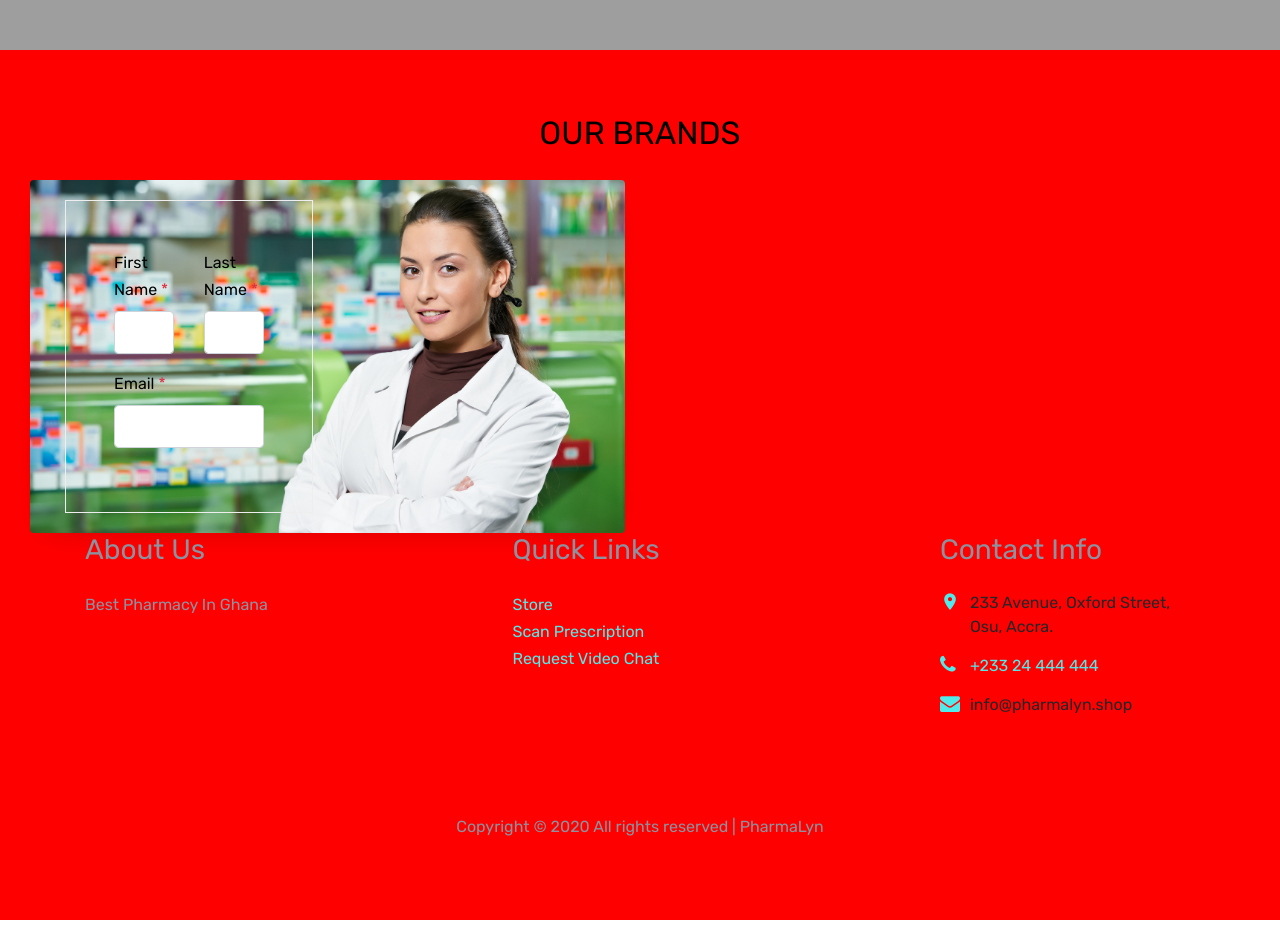
Repository: Nat-A/finalyearproject
Page: pharma/index - Copy.html
The author's editor kept a copy of each file at every save. The page is drawn from the files as they stood at one save, then again after the next save.
The browser window is 1280 px wide. The pictures show the part of the page from y = 752 to 1704 px (the page is 1704 px tall).
Pictures or frames that could not be fetched are drawn as grey boxes.

Above is the page before, as saved 2020-06-03 12:48:10.

After the next save:
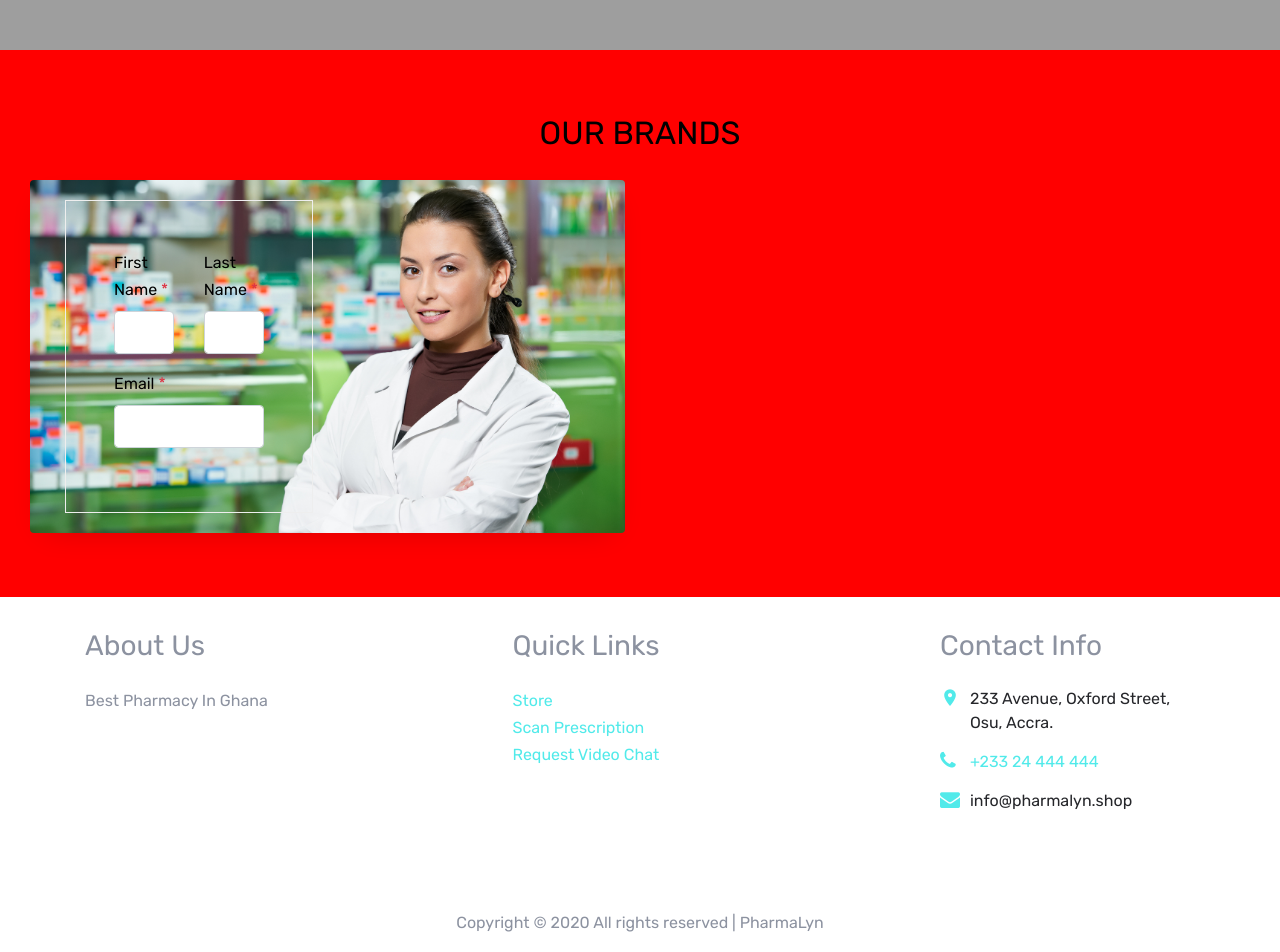
Saved 7 s later.
--- a/pharma/index - Copy.html
+++ b/pharma/index - Copy.html
@@ -153,62 +153,62 @@
 
 
 
-
-            </div>
-            <div class="container ">
-                <div class="row ">
-                    <div class="col-md-6 col-lg-3 mb-4 mb-lg-0 ">
-
-                        <div class="block-7 ">
-                            <h3 class="footer-heading mb-4 ">About Us</h3>
-                            <p>Best Pharmacy In Ghana</p>
-                        </div>
-
-                    </div>
-                    <div class="col-lg-3 mx-auto mb-5 mb-lg-0 ">
-                        <h3 class="footer-heading mb-4 ">Quick Links</h3>
+            </div>
+        </div>
+        <div class="container ">
+            <div class="row ">
+                <div class="col-md-6 col-lg-3 mb-4 mb-lg-0 ">
+
+                    <div class="block-7 ">
+                        <h3 class="footer-heading mb-4 ">About Us</h3>
+                        <p>Best Pharmacy In Ghana</p>
+                    </div>
+
+                </div>
+                <div class="col-lg-3 mx-auto mb-5 mb-lg-0 ">
+                    <h3 class="footer-heading mb-4 ">Quick Links</h3>
+                    <ul class="list-unstyled ">
+                        <li><a href="shop.html ">Store</a></li>
+                        <li><a href="# ">Scan Prescription</a></li>
+                        <li><a href="# ">Request Video Chat</a></li>
+                    </ul>
+                </div>
+
+                <div class="col-md-6 col-lg-3 ">
+                    <div class="block-5 mb-5 ">
+                        <h3 class="footer-heading mb-4 ">Contact Info</h3>
                         <ul class="list-unstyled ">
-                            <li><a href="shop.html ">Store</a></li>
-                            <li><a href="# ">Scan Prescription</a></li>
-                            <li><a href="# ">Request Video Chat</a></li>
+                            <li class="address ">233 Avenue, Oxford Street, Osu, Accra. </li>
+                            <li class="phone "><a href="tel:// ">+233 24 444 444</a></li>
+                            <li class="email ">info@pharmalyn.shop</li>
                         </ul>
                     </div>
-
-                    <div class="col-md-6 col-lg-3 ">
-                        <div class="block-5 mb-5 ">
-                            <h3 class="footer-heading mb-4 ">Contact Info</h3>
-                            <ul class="list-unstyled ">
-                                <li class="address ">233 Avenue, Oxford Street, Osu, Accra. </li>
-                                <li class="phone "><a href="tel:// ">+233 24 444 444</a></li>
-                                <li class="email ">info@pharmalyn.shop</li>
-                            </ul>
-                        </div>
-                    </div>
-                </div>
-                <div class="row pt-5 text-center ">
-                    <div class="col-md-12 ">
-                        <p>
-                            Copyright &copy;
-                            <script>
-                                document.write(new Date().getFullYear());
-                            </script> All rights reserved | PharmaLyn
-                        </p>
-                    </div>
-                </div>
-            </div>
-            </footer>
-            <!-- end of footer -->
-        </div>
-
-        <script src="js/jquery-3.3.1.min.js "></script>
-        <script src="js/jquery-ui.js "></script>
-        <script src="js/popper.min.js "></script>
-        <script src="js/bootstrap.min.js "></script>
-        <script src="js/owl.carousel.min.js "></script>
-        <script src="js/jquery.magnific-popup.min.js "></script>
-        <script src="js/aos.js "></script>
-
-        <script src="js/main.js "></script>
+                </div>
+            </div>
+            <div class="row pt-5 text-center ">
+                <div class="col-md-12 ">
+                    <p>
+                        Copyright &copy;
+                        <script>
+                            document.write(new Date().getFullYear());
+                        </script> All rights reserved | PharmaLyn
+                    </p>
+                </div>
+            </div>
+        </div>
+        </footer>
+        <!-- end of footer -->
+    </div>
+
+    <script src="js/jquery-3.3.1.min.js "></script>
+    <script src="js/jquery-ui.js "></script>
+    <script src="js/popper.min.js "></script>
+    <script src="js/bootstrap.min.js "></script>
+    <script src="js/owl.carousel.min.js "></script>
+    <script src="js/jquery.magnific-popup.min.js "></script>
+    <script src="js/aos.js "></script>
+
+    <script src="js/main.js "></script>
 
 </body>
 
